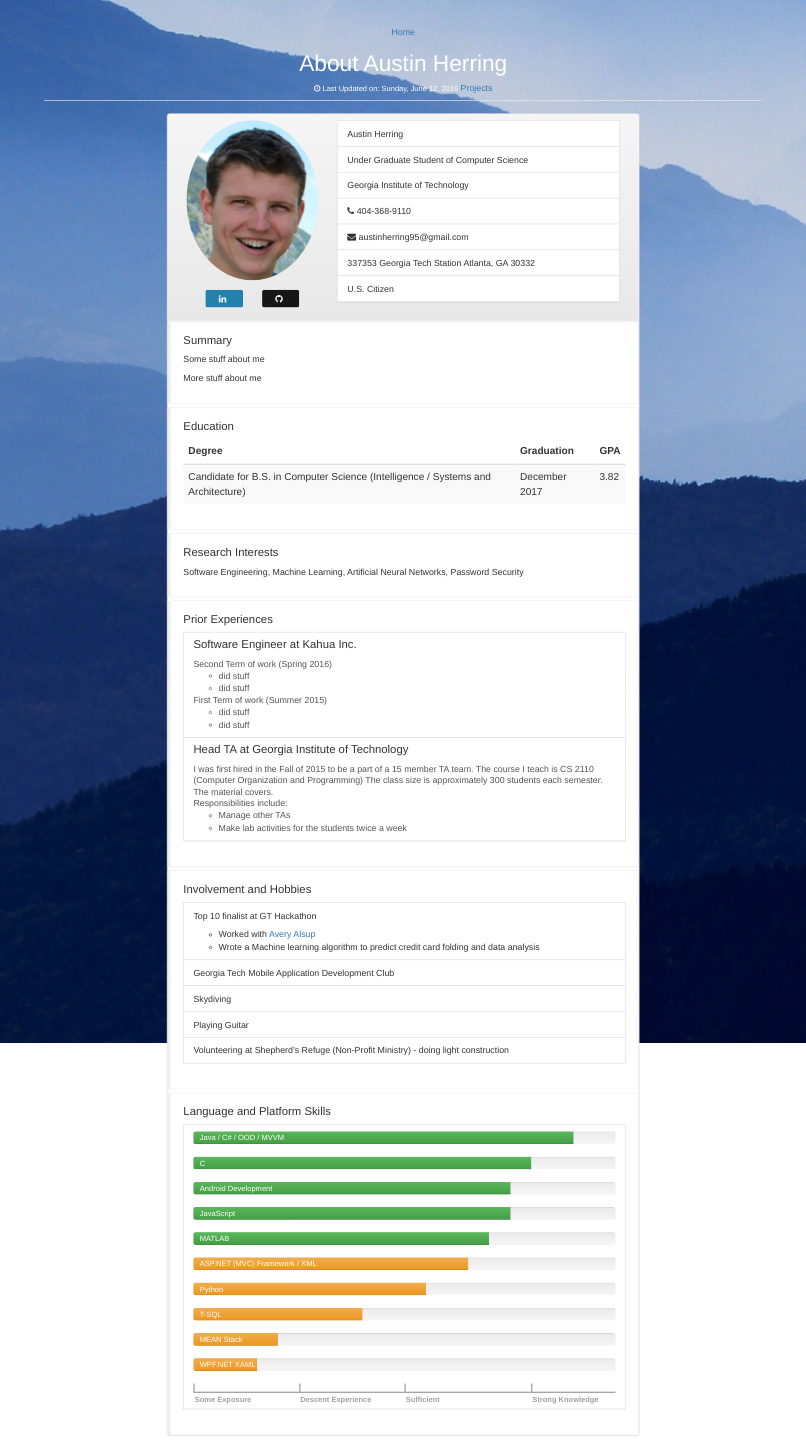
Repository: austinHerring/PersonalWebsite
Page: PersonalWebsite/WebContent/about.html
These files come from the project's save history. The page is drawn as it stood at one moment and after the next save; the edit follows.
The browser window is 1280 px wide. The pictures show the whole page, at 63% of full size.
Some web libraries are served in a nearby version.

Above is the page before, as saved 2016-06-12 23:07:58.

### PersonalWebsite/WebContent/about.html
<html>
<head>
	<meta charset="utf-8"/>
	<title>About - Austin</title>
	<link rel="stylesheet" href="css/bootstrap.min.css">
	<link rel="stylesheet" href="css/bootstrap-theme.min.css">
	<link rel="stylesheet" href="css/about.css">
		<link rel="stylesheet" href="css/background.css">
</head>
<body>
	<div class="container" id="page-wrap">
		<div class="resume">
	    <header class="page-header">
		    <a class="button button1" href="index.html" role="button">Home</a>
		    <h1 class="page-title">About Austin Herring</h1>
		    <small> <i class="fa fa-clock-o"></i> Last Updated on: <time>Sunday, June 12, 2016</time></small>
			<a class="button button1" href="projects.html" role="button">Projects</a>
		</header>
		<div class="row">
		  <div class="col-xs-12 col-sm-12 col-md-offset-1 col-md-10 col-lg-offset-2 col-lg-8">
		    <div class="panel panel-default">
		      <div class="panel-heading resume-heading">
		        <div class="row">
		          <div class="col-lg-12">
		            <div class="col-xs-12 col-sm-4">
		              <figure>
		                <img class="img-circle img-responsive" alt="Picture of Austin" src="images/austinEurope1.png">
		              </figure>
		                <div class="col-xs-12 social-btns">
		                    <div class="col-xs-3 col-md-1 col-lg-6 social-btn-holder">
		                      <a href="https://www.linkedin.com/in/austin-herring-810350a3?trk=nav_responsive_tab_profile" class="btn btn-social btn-block btn-linkedin">
		                        <i class="fa fa-linkedin"></i> </a>
		                    </div>
		                    <div class="col-xs-3 col-md-1 col-lg-6 social-btn-holder">
		                      <a href="https://github.com/austinHerring" class="btn btn-social btn-block btn-github">
		                        <i class="fa fa-github"></i> </a>
		                    </div>
		                </div>
		            </div>

		            <div class="col-xs-12 col-sm-8">
		              <ul class="list-group">
		                <li class="list-group-item">Austin Herring</li>
		                <li class="list-group-item">Under Graduate Student of Computer Science</li>
		                <li class="list-group-item">Georgia Institute of Technology</li>
		                <li class="list-group-item"><i class="fa fa-phone"></i> 404-368-9110 </li>
		                <li class="list-group-item"><i class="fa fa-envelope"></i> austinherring95@gmail.com</li>
		                <li class="list-group-item">337353 Georgia Tech Station Atlanta, GA 30332</li>
		                <li class="list-group-item">U.S. Citizen</li>
		              </ul>
		            </div>
		          </div>
		        </div>
		      </div>
		      <div class="bs-callout">
		        <h4>Summary</h4>
		        <p>
		        	Some stuff about me
		        </p>
		        <p>
		         	More stuff about me
		        </p>
		      </div>
		      <div class="bs-callout">
		        <h4>Education</h4>
		        <table class="table table-striped table-responsive ">
		          <thead>
		            <tr><th>Degree</th>
		            <th>Graduation</th>
		            <th>GPA</th>
		          </tr></thead>
		          <tbody>
		            <tr>
		              <td>Candidate for B.S. in Computer Science (Intelligence / Systems and Architecture)</td>
		              <td>December 2017</td>
		              <td>3.82</td>
		            </tr>
		          </tbody>
		        </table>
		      </div>
		      <div class="bs-callout">
		        <h4>Research Interests</h4>
		        <p>
		          Software Engineering, Machine Learning, Artificial Neural Networks, Password Security
		        </p>
		      </div>

		      <div class="bs-callout">
		        <h4>Prior Experiences</h4>
		        <ul class="list-group">
		          <a class="list-group-item active-link" href="https://www.kahua.com/">
		            <h4 class="list-group-item-heading">
		              Software Engineer at Kahua Inc.
		            </h4>
		            <p class="list-group-item-text">
			             Second Term of work (Spring 2016)
		             </p>
		             <ul>
		                <li>
		                     did stuff
		                </li>
		                <li>
				             did stuff
		                </li>
	                </ul>
	                <p class="list-group-item-text">
			             First Term of work (Summer 2015)
		             </p>
		             <ul>
		                <li>
		                     did stuff
		                </li>
		                <li>
				             did stuff
		                </li>
	                </ul>
		          </a>
		          <a class="list-group-item inactive-link" href="#">
		            <h4 class="list-group-item-heading">Head TA at Georgia Institute of Technology</h4>
		            <p class="list-group-item-text">
			             	I was first hired in the Fall of 2015 to be a part of a 15 member TA team. The course I teach is CS 2110 (Computer Organization and Programming)
			             The class size is approximately 300 students each semester. The material covers.<br/>
			             Responsibilities include:
		             </p>
		             <ul>
		                <li>
		                     Manage other TAs
		                </li>
		                <li>
				             Make lab activities for the students twice a week
		                </li>
	                </ul>
		          </a>
		        </ul>
		      </div>
		      <div class="bs-callout">
		        <h4>Involvement and Hobbies</h4>
		        <ul class="list-group">
		          <li class="list-group-item">
		          	<p>Top 10 finalist at GT Hackathon</p>
		          	<ul>
		          		<li>Worked with <a href="https://www.linkedin.com/in/terrence-alsup-8bb8508a?authType=name&authToken=7kiY&trk=contacts-contacts-list-contact_name-0">Avery Alsup</a></li>
		          		<li>Wrote a Machine learning algorithm to predict credit card folding and data analysis</li>
		          	</ul>
		          </li>
		          <li class="list-group-item"> Georgia Tech Mobile Application Development Club</li>
		          <li class="list-group-item"> Skydiving</li>
		          <li class="list-group-item"> Playing Guitar</li>
		          <li class="list-group-item"> Volunteering at Shepherd’s Refuge (Non-Profit Ministry) - doing light construction</li>
		        </ul>
		      </div>
		      <div class="bs-callout">
		        <h4>Language and Platform Skills</h4>
		        <ul class="list-group">
		          <a class="list-group-item inactive-link" href="#">
		            <div class="progress">
		              <div data-placement="top" style="width: 90%;"
		              aria-valuemax="100" aria-valuemin="0" aria-valuenow="80" role="progressbar" class="progress-bar progress-bar-success">
		                <span class="sr-only">80%</span>
		                <span class="progress-type">Java / C# / OOD / MVVM</span>
		              </div>
		            </div>
		            <div class="progress">
		              <div data-placement="top" style="width: 80%;" aria-valuemax="100" aria-valuemin="0" aria-valuenow="60" role="progressbar" class="progress-bar progress-bar-success">
		                <span class="sr-only">60%</span>
		                <span class="progress-type">C</span>
		              </div>
		            </div>
		            <div class="progress">
		              <div data-placement="top" style="width: 75%;" aria-valuemax="100" aria-valuemin="0" aria-valuenow="60" role="progressbar" class="progress-bar progress-bar-success">
		                <span class="sr-only">60%</span>
		                <span class="progress-type">Android Development</span>
		              </div>
		            </div>
		            <div class="progress">
		              <div data-placement="top" style="width: 75%;" aria-valuemax="100" aria-valuemin="0" aria-valuenow="1" role="progressbar" class="progress-bar progress-bar-success">
		                <span class="sr-only">70%</span>
		                <span class="progress-type">JavaScript</span>
		              </div>
		            </div>
		            <div class="progress">
		              <div data-placement="top" style="width: 70%;" aria-valuemax="100" aria-valuemin="0" aria-valuenow="60" role="progressbar" class="progress-bar progress-bar-success">
		                <span class="sr-only">60%</span>
		                <span class="progress-type">MATLAB</span>
		              </div>
		            </div>
		            <div class="progress">
		              <div data-placement="top" style="width: 65%;" aria-valuemax="100" aria-valuemin="0" aria-valuenow="50" role="progressbar" class="progress-bar progress-bar-warning">
		                <span class="sr-only">50%</span>
		                <span class="progress-type">ASP.NET (MVC) Framework / XML</span>
		              </div>
		            </div>
		            <div class="progress">
		              <div data-placement="top" style="width: 55%;" aria-valuemax="100" aria-valuemin="0" aria-valuenow="1" role="progressbar" class="progress-bar progress-bar-warning">
		                <span class="sr-only">65%</span>
		                <span class="progress-type">Python</span>
		              </div>
		            </div>
		            <div class="progress">
		              <div data-placement="top" style="width: 40%;" aria-valuemax="100" aria-valuemin="0" aria-valuenow="1" role="progressbar" class="progress-bar progress-bar-warning">
		                <span class="sr-only">70%</span>
		                <span class="progress-type">T-SQL</span>
		              </div>
		            </div>
		            <div class="progress">
		              <div data-placement="top" style="width: 20%;" aria-valuemax="100" aria-valuemin="0" aria-valuenow="1" role="progressbar" class="progress-bar progress-bar-warning">
		                <span class="sr-only">70%</span>
		                <span class="progress-type">MEAN Stack </span>
		              </div>
		            </div>
		            <div class="progress">
		              <div data-placement="top" style="width: 15%;" aria-valuemax="100" aria-valuemin="0" aria-valuenow="50" role="progressbar" class="progress-bar progress-bar-warning">
		                <span class="sr-only">10%</span>
		                <span class="progress-type">WPF.NET XAML</span>
		              </div>
		            </div>

		            <div class="progress-meter">
		              <div style="width: 25%;" class="meter meter-left"><span class="meter-text">Some Exposure</span></div>
		              <div style="width: 25%;" class="meter meter-left"><span class="meter-text">Descent Experience</span></div>
		              <div style="width: 30%;" class="meter meter-left"><span class="meter-text">Sufficient</span></div>
		              <div style="width: 20%;" class="meter meter-left"><span class="meter-text">Strong Knowledge</span></div>
		            </div>
		          </a>
		        </ul>
		      </div>
		    </div>

		  </div>
		</div>

		</div>
	</div>

	<div id="bg">
		<img src="images/background.jpg" alt="">
	</div>

	<script src="js/jquery.min.js"></script>
	<script src="js/bootstrap.min.js"></script>
</body>
</html>

### PersonalWebsite/WebContent/css/about.css
/* uses font awesome for social icons */
@import url(http://maxcdn.bootstrapcdn.com/font-awesome/4.2.0/css/font-awesome.min.css);

.page-header{
  text-align: center;
  color: white;
}

/*social buttons*/
.btn-social{
  color: white;
  opacity:0.9;
}
.btn-social:hover {
  color: white;
    opacity:1;
}
.btn-facebook {
background-color: #3b5998;
opacity:0.9;
}
.btn-twitter {
background-color: #00aced;
opacity:0.9;
}
.btn-linkedin {
background-color:#0e76a8;
opacity:0.9;
}
.btn-github{
  background-color:#000000;
  opacity:0.9;
}
.btn-google {
  background-color: #c32f10;
  opacity: 0.9;
}
.btn-stackoverflow{
  background-color: #D38B28;
  opacity: 0.9;
}

/* resume stuff */

.bs-callout {
    -moz-border-bottom-colors: none;
    -moz-border-left-colors: none;
    -moz-border-right-colors: none;
    -moz-border-top-colors: none;
    border-color: #eee;
    border-image: none;
    border-radius: 3px;
    border-style: solid;
    border-width: 1px 1px 1px 5px;
    margin-bottom: 5px;
    padding: 20px;
}
.bs-callout:last-child {
    margin-bottom: 0px;
}
.bs-callout h4 {
    margin-bottom: 10px;
    margin-top: 0;
}

.bs-callout-danger {
    border-left-color: #d9534f;
}

.bs-callout-danger h4{
    color: #d9534f;
}

.resume .list-group-item:first-child, .resume .list-group-item:last-child{
  border-radius:0;
}

/*makes an anchor inactive(not clickable)*/
.inactive-link {
   pointer-events: none;
   cursor: default;
}

.resume-heading .social-btns{
  margin-top:15px;
}
.resume-heading .social-btns i.fa{
  margin-left:-5px;
}



@media (max-width: 992px) {
  .resume-heading .social-btn-holder{
    padding:5px;
  }
}

/* skill meter in resume. copy pasted from http://bootsnipp.com/snippets/featured/progress-bar-meter */

.progress-bar {
    text-align: left;
	white-space: nowrap;
	white-space: nowrap;
	overflow: hidden;
	text-overflow: ellipsis;
	cursor: pointer;
}

.progress-bar > .progress-type {
	padding-left: 10px;
}

.progress-meter {
	min-height: 15px;
	border-bottom: 2px solid rgb(160, 160, 160);
  margin-bottom: 15px;
}

.progress-meter > .meter {
	position: relative;
	float: left;
	min-height: 15px;
	border-width: 0px;
	border-style: solid;
	border-color: rgb(160, 160, 160);
}

.progress-meter > .meter-left {
	border-left-width: 2px;
}

.progress-meter > .meter-right {
	float: right;
	border-right-width: 2px;
}

.progress-meter > .meter-right:last-child {
	border-left-width: 2px;
}

.progress-meter > .meter > .meter-text {
	position: absolute;
	display: inline-block;
	bottom: -20px;
	width: 100%;
	font-weight: 700;
	font-size: 0.85em;
	color: rgb(160, 160, 160);
	text-align: left;
}

.progress-meter > .meter.meter-right > .meter-text {
	text-align: right;
}

### PersonalWebsite/WebContent/css/background.css
@CHARSET "UTF-8";
#bg {
	position:fixed;
	top:-50%;
	left:-50%;
	width:100%;
	height:80%;
}

#bg img {
	position:absolute;
	top:0;
	left:0;
	right:0;
	bottom:0;
	margin:auto;
	min-width:50%;
	min-height:50%;
}

#page-wrap { position: relative; z-index: 2}

Loaded but not shown: PersonalWebsite/WebContent/css/bootstrap.min.css (library); PersonalWebsite/WebContent/css/bootstrap-theme.min.css (library); PersonalWebsite/WebContent/js/jquery.min.js (library); PersonalWebsite/WebContent/js/bootstrap.min.js (library)

After the next save:
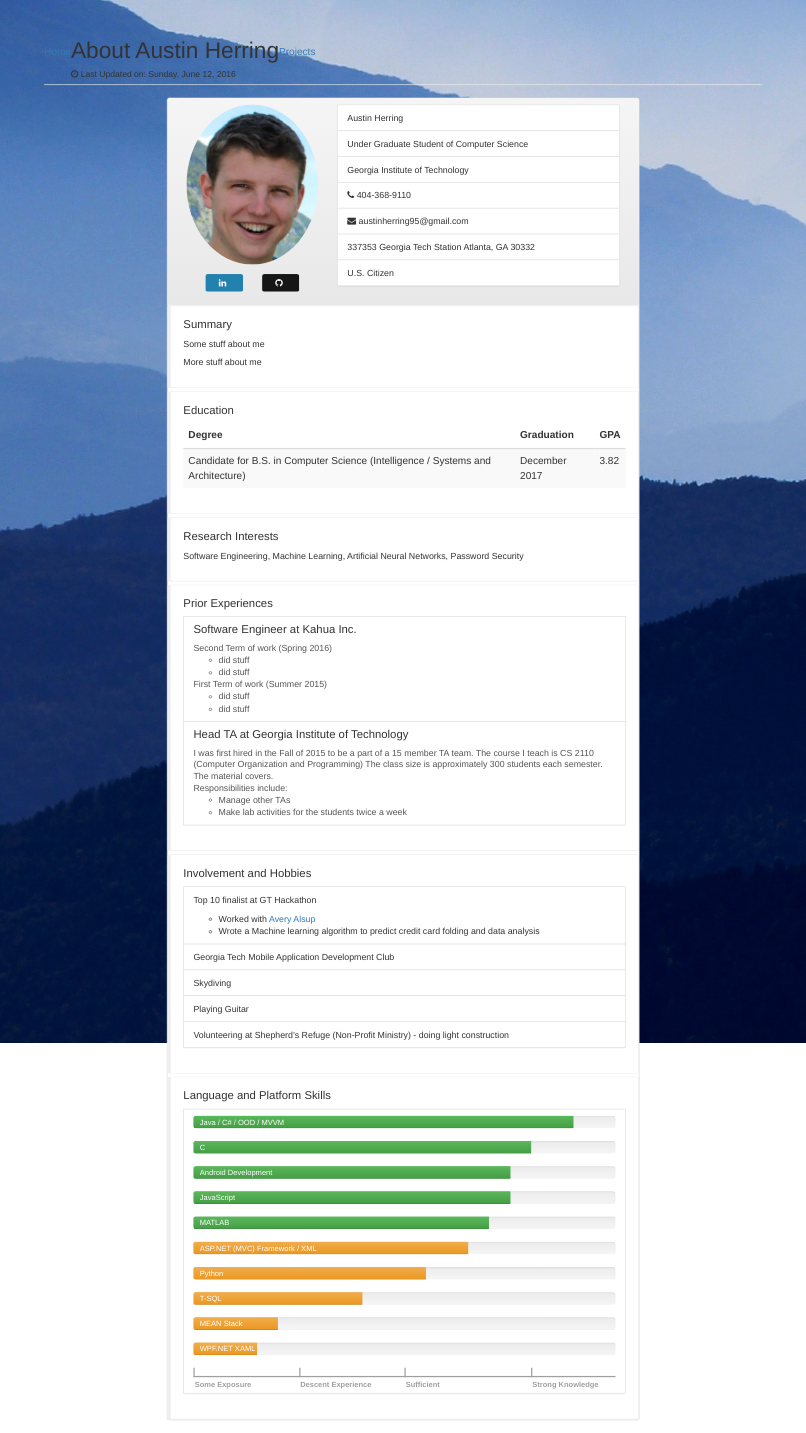
Saved 6 min 41 s later.
--- a/PersonalWebsite/WebContent/about.html
+++ b/PersonalWebsite/WebContent/about.html
@@ -11,10 +11,20 @@
 	<div class="container" id="page-wrap">
 		<div class="resume">
 	    <header class="page-header">
-		    <a class="button button1" href="index.html" role="button">Home</a>
+	    <table>
+	    	<tr>
+	    		<td>
+		    		<a class="button button1" href="index.html" role="button">Home</a>
+	    		</td>
+	    		<td>
 		    <h1 class="page-title">About Austin Herring</h1>
 		    <small> <i class="fa fa-clock-o"></i> Last Updated on: <time>Sunday, June 12, 2016</time></small>
+	    		</td>
+	    		<td>
 			<a class="button button1" href="projects.html" role="button">Projects</a>
+	    		</td>
+	    	</tr>
+	    </table>
 		</header>
 		<div class="row">
 		  <div class="col-xs-12 col-sm-12 col-md-offset-1 col-md-10 col-lg-offset-2 col-lg-8">
